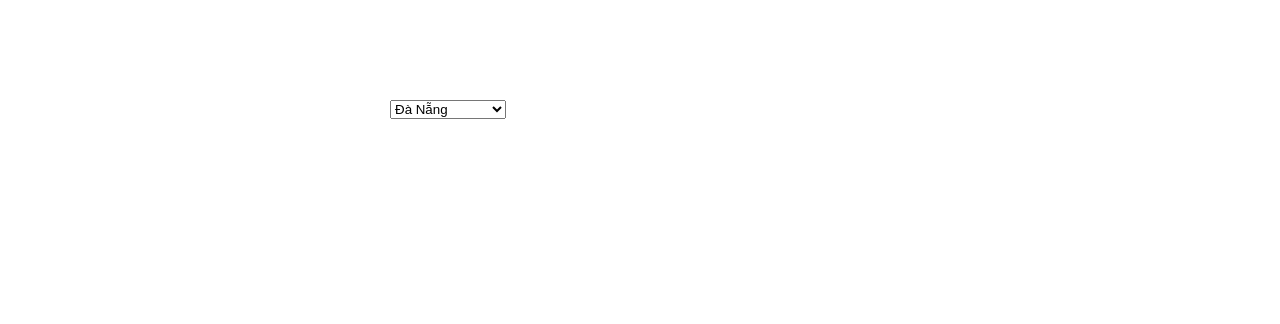
Repository: khanhbinh87/learnJs
Page: customSelect/index.html
These files come from the project's save history. The page is drawn as it stood at one moment and after a run of saves; the edit follows.
The browser window is 1280 px wide. The pictures show the whole page.

Above is the page before, as saved 2021-06-16 10:41:45.
Console error: SyntaxError: Unexpected identifier 'my'

After the next 5 saves:
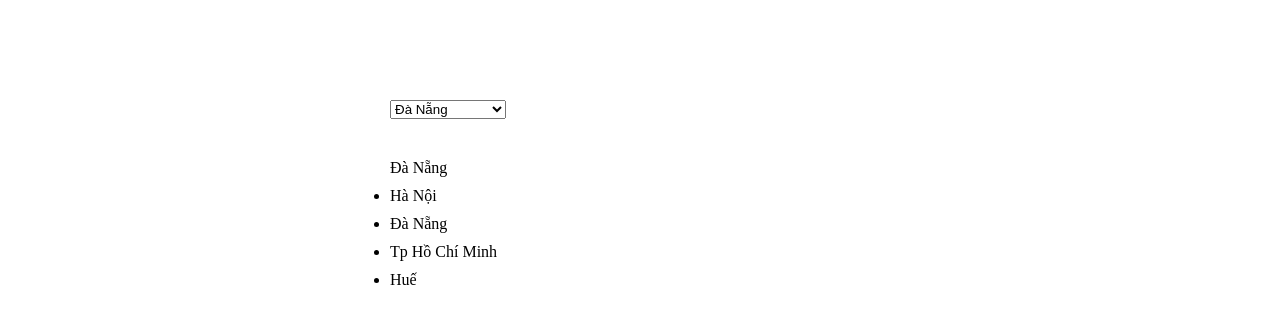
The error is gone.
The 5 saves are shown as one change because they came seconds apart.
The last was saved 19 s later.
--- a/customSelect/main.js
+++ b/customSelect/main.js
@@ -46,8 +46,8 @@ if(select){
                 divSelected.setAttribute('my-value',this.getAttribute('my-value'));
                 divSelected.innerText = this.innerText;
                 // optionEl.setAttribute('selected','')
-
-                var selectString = 'option[value=""+  this.getAttribute + "('my-value')]';
+                this.getAttribute('my-value')
+                var selectString = 'option[value=""+  ]';
                 console.log(selectString);
 
 
